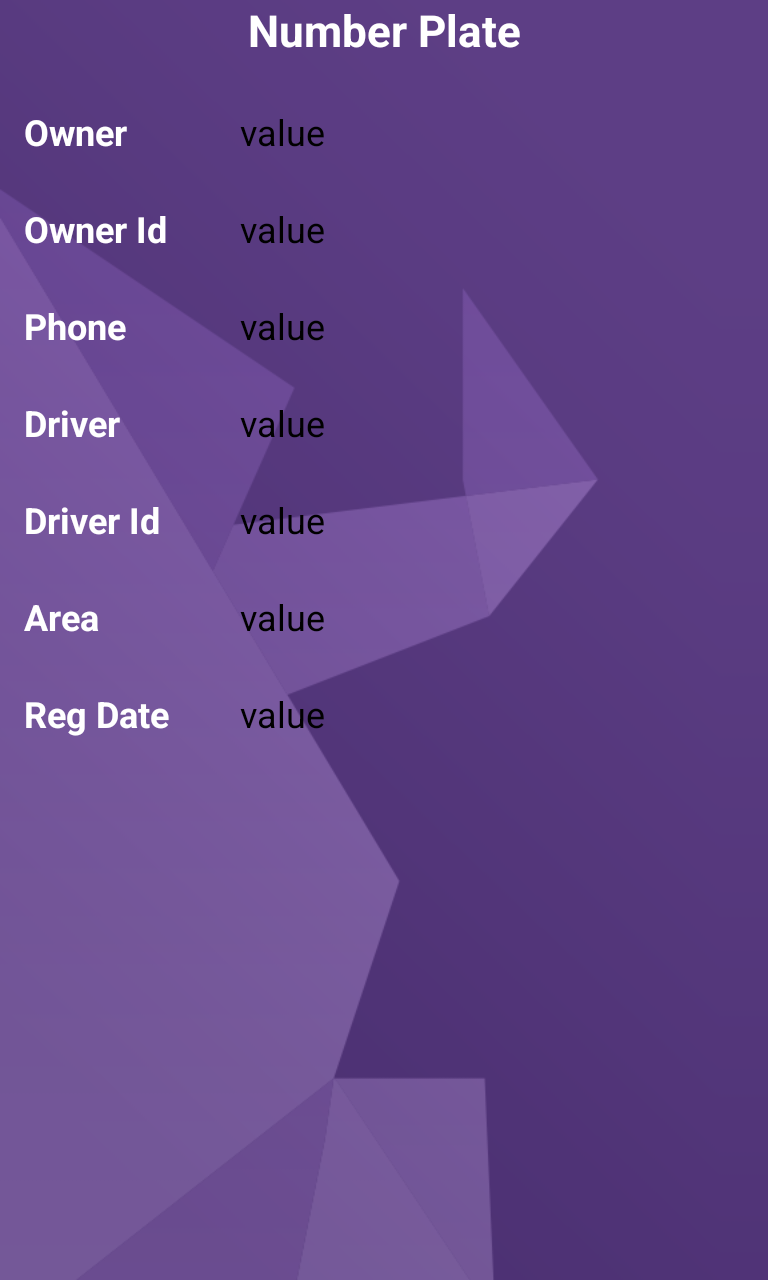
Repository: walteranyika/personal
Layout: PikiPiki/res/layout/activity_details.xml
An editor plug-in stored every save of this project. The layout is shown before and after the next save, followed by the edit.
It is drawn on a 768 x 1280 px phone screen (xhdpi) without system bars, with theme AppTheme; the app's code is not run.

Above is the layout before, as saved 2015-11-06 12:16:07.

### PikiPiki/res/layout/activity_details.xml
<RelativeLayout xmlns:android="http://schemas.android.com/apk/res/android"
    xmlns:tools="http://schemas.android.com/tools"
    android:layout_width="match_parent"
    android:layout_height="match_parent"
    android:background="@drawable/background_fill"
    tools:context=".DetailsActivity" >

    <ImageView
        android:id="@+id/imageView1"
        android:layout_width="match_parent"
        android:layout_height="match_parent"
        android:layout_alignParentLeft="true"
        android:layout_alignParentTop="true"
        android:contentDescription="@string/background_image"
        android:scaleType="fitStart"
        android:src="@drawable/background" />

    <TextView
        android:id="@+id/tvRegNo"
        android:layout_width="match_parent"
        android:layout_height="wrap_content"
        android:layout_alignRight="@+id/imageView1"
        android:layout_marginBottom="12dp"
        android:gravity="center_horizontal"
        android:text="@string/number_plate"
        android:textAppearance="?android:attr/textAppearanceLarge"
        android:textColor="@android:color/white"
        android:textStyle="bold" />

    <LinearLayout
        android:padding="12dp"
        android:id="@+id/LinearLayout01"
        android:layout_width="fill_parent"
        android:layout_height="wrap_content"
        android:layout_alignParentLeft="true"
        android:layout_below="@+id/linearLayout1"
 >

        <TextView
            android:id="@+id/TextView01"
            android:layout_width="0dp"
            android:layout_height="wrap_content"
            android:layout_weight="0.3"
            android:text="@string/owner_id"
            android:textAppearance="?android:attr/textAppearanceMedium"
            android:textColor="@android:color/white"
            android:textStyle="bold" />

        <TextView
            android:id="@+id/tvOwnerId"
            android:layout_width="0dp"
            android:layout_height="wrap_content"
            android:layout_weight="0.7"
            android:text="@string/empty_string"
            android:textAppearance="?android:attr/textAppearanceMedium" />
    </LinearLayout>

    <LinearLayout
        android:padding="12dp"
        android:id="@+id/LinearLayout02"
        android:layout_width="fill_parent"
        android:layout_height="wrap_content"
        android:layout_alignParentLeft="true"
        android:layout_below="@+id/LinearLayout01"
      >

        <TextView
            android:id="@+id/TextView03"
            android:layout_width="0dp"
            android:layout_height="wrap_content"
            android:layout_weight="0.3"
            android:text="@string/phone"
            android:textAppearance="?android:attr/textAppearanceMedium"
            android:textColor="@android:color/white"
            android:textStyle="bold" />

        <TextView
            android:id="@+id/tvPhone"
            android:layout_width="0dp"
            android:layout_height="wrap_content"
            android:layout_weight="0.7"
            android:text="@string/empty_string"
            android:textAppearance="?android:attr/textAppearanceMedium" />
    </LinearLayout>

    <LinearLayout
        android:padding="12dp"
        android:id="@+id/LinearLayout03"
        android:layout_width="fill_parent"
        android:layout_height="wrap_content"
        android:layout_alignParentLeft="true"
        android:layout_below="@+id/LinearLayout02"
         >

        <TextView
            android:id="@+id/TextView05"
            android:layout_width="0dp"
            android:layout_height="wrap_content"
            android:layout_weight="0.3"
            android:text="@string/driver"
            android:textAppearance="?android:attr/textAppearanceMedium"
            android:textColor="@android:color/white"
            android:textStyle="bold" />

        <TextView
            android:id="@+id/tvDriverName"
            android:layout_width="0dp"
            android:layout_height="wrap_content"
            android:layout_weight="0.7"
            android:text="@string/empty_string"
            android:textAppearance="?android:attr/textAppearanceMedium" />
    </LinearLayout>

    <LinearLayout
        android:padding="12dp"
        android:id="@+id/LinearLayout04"
        android:layout_width="fill_parent"
        android:layout_height="wrap_content"
        android:layout_alignParentLeft="true"
        android:layout_below="@+id/LinearLayout03"
        >

        <TextView
            android:id="@+id/TextView07"
            android:layout_width="0dp"
            android:layout_height="wrap_content"
            android:layout_weight="0.3"
            android:text="@string/driver_id"
            android:textAppearance="?android:attr/textAppearanceMedium"
            android:textColor="@android:color/white"
            android:textStyle="bold" />

        <TextView
            android:id="@+id/tvDriverId"
            android:layout_width="0dp"
            android:layout_height="wrap_content"
            android:layout_weight="0.7"
            android:text="@string/empty_string"
            android:textAppearance="?android:attr/textAppearanceMedium" />
    </LinearLayout>

    <LinearLayout
        android:padding="12dp"
        android:id="@+id/LinearLayout05"
        android:layout_width="fill_parent"
        android:layout_height="wrap_content"
        android:layout_alignParentLeft="true"
        android:layout_below="@+id/LinearLayout04"
         >

        <TextView
            android:id="@+id/TextView09"
            android:layout_width="0dp"
            android:layout_height="wrap_content"
            android:layout_weight="0.3"
            android:text="@string/area"
            android:textAppearance="?android:attr/textAppearanceMedium"
            android:textColor="@android:color/white"
            android:textStyle="bold" />

        <TextView
            android:id="@+id/tvAreaOperation"
            android:layout_width="0dp"
            android:layout_height="wrap_content"
            android:layout_weight="0.7"
            android:text="@string/empty_string"
            android:textAppearance="?android:attr/textAppearanceMedium" />
    </LinearLayout>

    <LinearLayout
        android:padding="12dp"
        android:id="@+id/LinearLayout06"
        android:layout_width="fill_parent"
        android:layout_height="wrap_content"
        android:layout_alignParentLeft="true"
        android:layout_below="@+id/LinearLayout05"
        >

        <TextView
            android:id="@+id/TextView11"
            android:layout_width="0dp"
            android:layout_height="wrap_content"
            android:layout_weight="0.3"
            android:text="@string/reg_date"
            android:textAppearance="?android:attr/textAppearanceMedium"
            android:textColor="@android:color/white"
            android:textStyle="bold" />

        <TextView
            android:id="@+id/tvDate"
            android:layout_width="0dp"
            android:layout_height="wrap_content"
            android:layout_weight="0.7"
            android:text="@string/empty_string"
            android:textAppearance="?android:attr/textAppearanceMedium" />
    </LinearLayout>

    <LinearLayout
        android:padding="12dp"
        android:id="@+id/linearLayout1"
        android:layout_width="fill_parent"
        android:layout_height="wrap_content"
        android:layout_alignLeft="@+id/imageView1"
        android:layout_below="@+id/tvRegNo" >

        <TextView
            android:id="@+id/textView2"
            android:layout_width="0dp"
            android:layout_height="wrap_content"
            android:layout_weight="0.3"
            android:text="@string/owner"
            android:textAppearance="?android:attr/textAppearanceMedium"
            android:textColor="@android:color/white"
            android:textStyle="bold" />

        <TextView
            android:id="@+id/tvOwnerName"
            android:layout_width="0dp"
            android:layout_height="wrap_content"
            android:layout_weight="0.7"
            android:text="@string/empty_string"
            android:textAppearance="?android:attr/textAppearanceMedium" />
    </LinearLayout>

</RelativeLayout>

### PikiPiki/res/values/themes_apptheme.xml
<?xml version="1.0" encoding="utf-8"?>

<!-- Generated with http://android-holo-colors.com -->
<resources xmlns:android="http://schemas.android.com/apk/res/android">

  <style name="AppTheme" parent="@style/_AppTheme"/>

  <style name="_AppTheme" parent="android:Theme.Holo.Light">

    <item name="android:editTextBackground">@drawable/apptheme_edit_text_holo_light</item>

    <item name="android:buttonStyle">@style/ButtonAppTheme</item>

    <item name="android:imageButtonStyle">@style/ImageButtonAppTheme</item>

  </style>

</resources>

### PikiPiki/res/values/styles_apptheme.xml
<?xml version="1.0" encoding="utf-8"?>

<!-- Generated with http://android-holo-colors.com -->
<resources xmlns:android="http://schemas.android.com/apk/res/android">

  <style name="ButtonAppTheme" parent="android:Widget.Holo.Light.Button">
	  <item name="android:background">@drawable/apptheme_btn_default_holo_light</item>
  </style>

  <style name="ImageButtonAppTheme" parent="android:Widget.Holo.Light.ImageButton">
	  <item name="android:background">@drawable/apptheme_btn_default_holo_light</item>
  </style>

</resources>

### PikiPiki/res/drawable/apptheme_btn_default_holo_light.xml
<?xml version="1.0" encoding="utf-8"?>

<selector xmlns:android="http://schemas.android.com/apk/res/android">
    <item android:state_window_focused="false" android:state_enabled="true"
        android:drawable="@drawable/apptheme_btn_default_normal_holo_light" />
    <item android:state_window_focused="false" android:state_enabled="false"
        android:drawable="@drawable/apptheme_btn_default_disabled_holo_light" />
    <item android:state_pressed="true"
        android:drawable="@drawable/apptheme_btn_default_pressed_holo_light" />
    <item android:state_focused="true" android:state_enabled="true"
        android:drawable="@drawable/apptheme_btn_default_focused_holo_light" />
    <item android:state_enabled="true"
        android:drawable="@drawable/apptheme_btn_default_normal_holo_light" />
    <item android:state_focused="true"
        android:drawable="@drawable/apptheme_btn_default_disabled_focused_holo_light" />
    <item
         android:drawable="@drawable/apptheme_btn_default_disabled_holo_light" />
</selector>

### PikiPiki/res/values/strings.xml
<?xml version="1.0" encoding="utf-8"?>
<resources>

    <string name="app_name">PikiPiki</string>
    <string name="action_settings">Settings</string>
    <string name="motorbike">Motor Bike</string>
    <string name="sync">Sync</string>
    <string name="phone">Phone</string>
    <string name="_0734567843">Phone</string>
    <string name="area">Area</string>
    <string name="reg_date">Reg Date</string>
    <string name="driver_id">Driver Id</string>
    <string name="driver">Driver</string>
    <string name="owner">Owner</string>
    <string name="owner_id">Owner Id</string>
    <string name="search">Search</string>
    <string name="bike_reg_number">Bike Reg Number</string>
    <string name="back_ground_image">Back Ground Image</string>
    <string name="title_activity_details">DetailsActivity</string>
    <string name="hello_world">Hello world!</string>
    <string name="background_image">Background Image</string>
    <string name="empty_string">value</string>
    <string name="number_plate">Number Plate</string>

</resources>

Loaded but not shown: PikiPiki/res/values/styles.xml (common file); PikiPiki/res/drawable/apptheme_edit_text_holo_light.xml (common file); PikiPiki/res/values-v11/styles.xml (common file); PikiPiki/res/values-v14/styles.xml (common file)

After the next save:
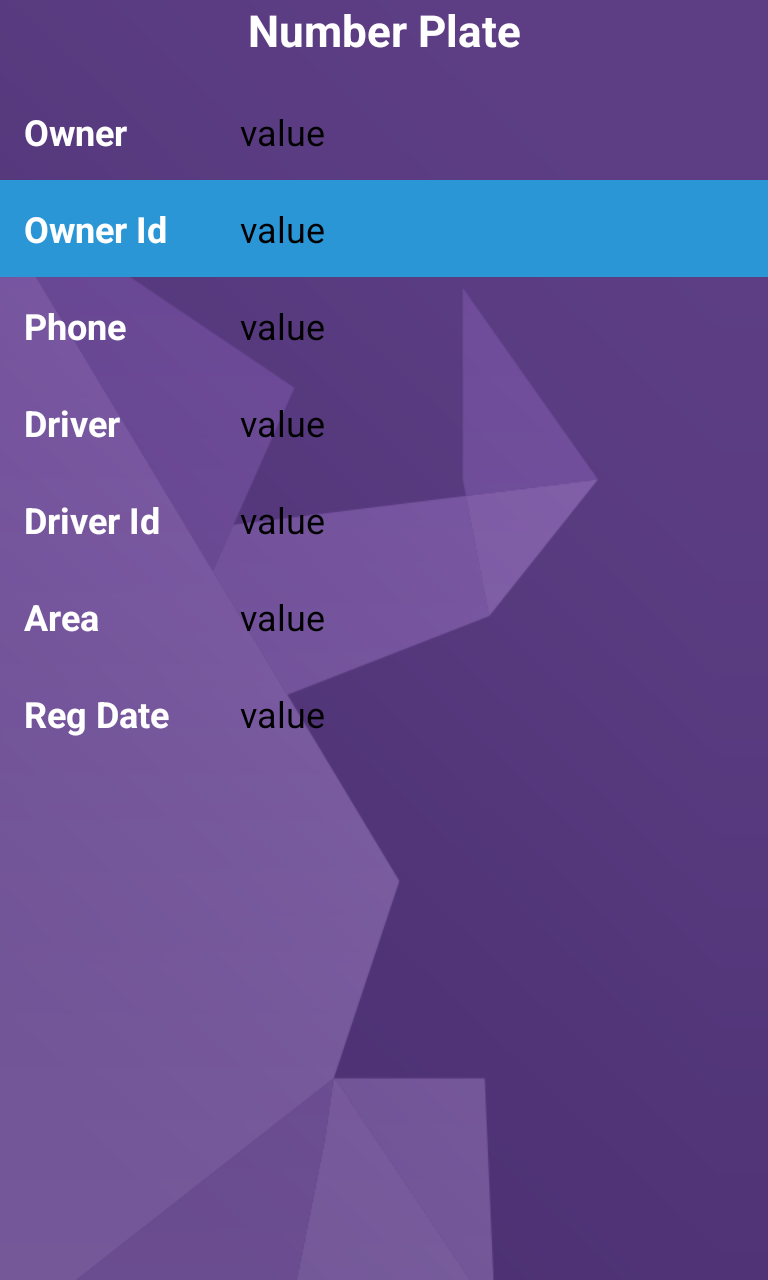
Saved 4 min 9 s later.
--- a/PikiPiki/res/layout/activity_details.xml
+++ b/PikiPiki/res/layout/activity_details.xml
@@ -28,6 +28,7 @@
         android:textStyle="bold" />
 
     <LinearLayout
+        android:background="#2a96d5"
         android:padding="12dp"
         android:id="@+id/LinearLayout01"
         android:layout_width="fill_parent"
